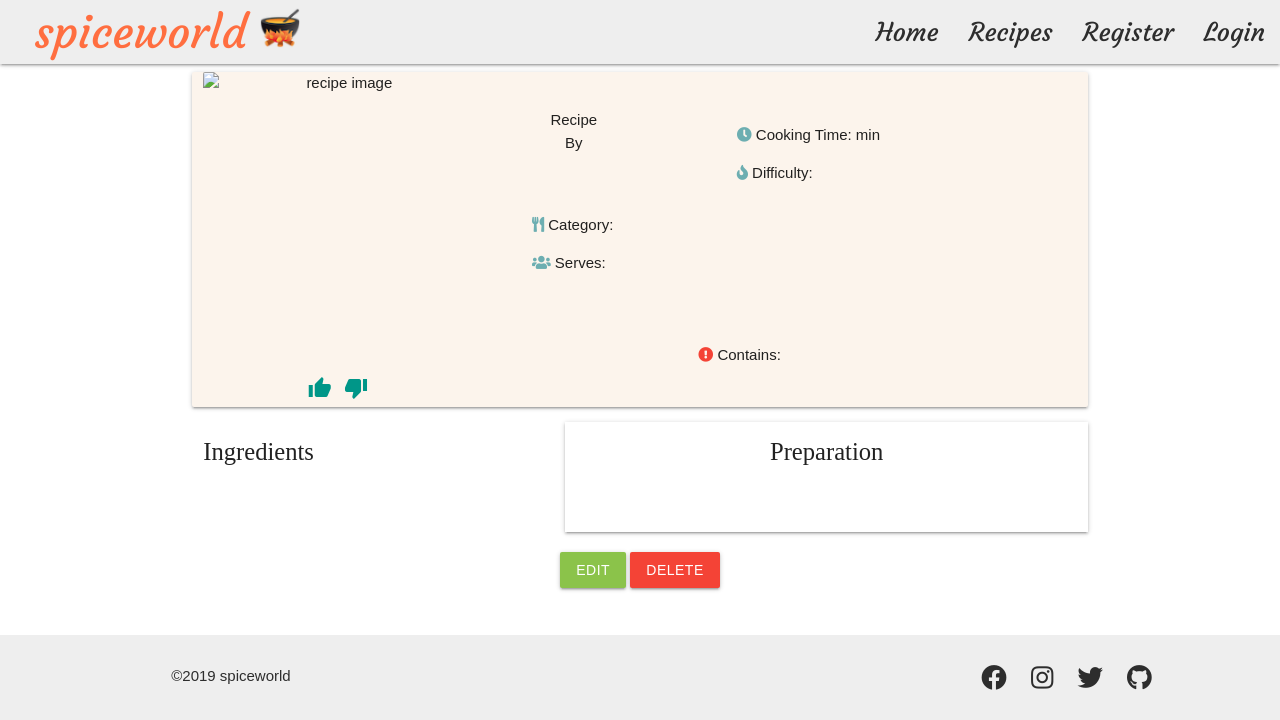
Repository: stephyraju/spiceworld
Page: templates/view.html
The author's editor kept a record of every edit. The page is drawn from the files as they stood at one moment, then again after the next edit.
The browser window is 1280 px wide. The pictures show the whole page.
Some icons come from a web library that is not loaded, so they are not drawn. Some web libraries are served in a nearby version. The page is served by the project's application, run on Flask 3 (app.py). The template is opened directly, without the code that normally fills it, so the values that code supplies are empty.

Above is the page before.

After the next edit:
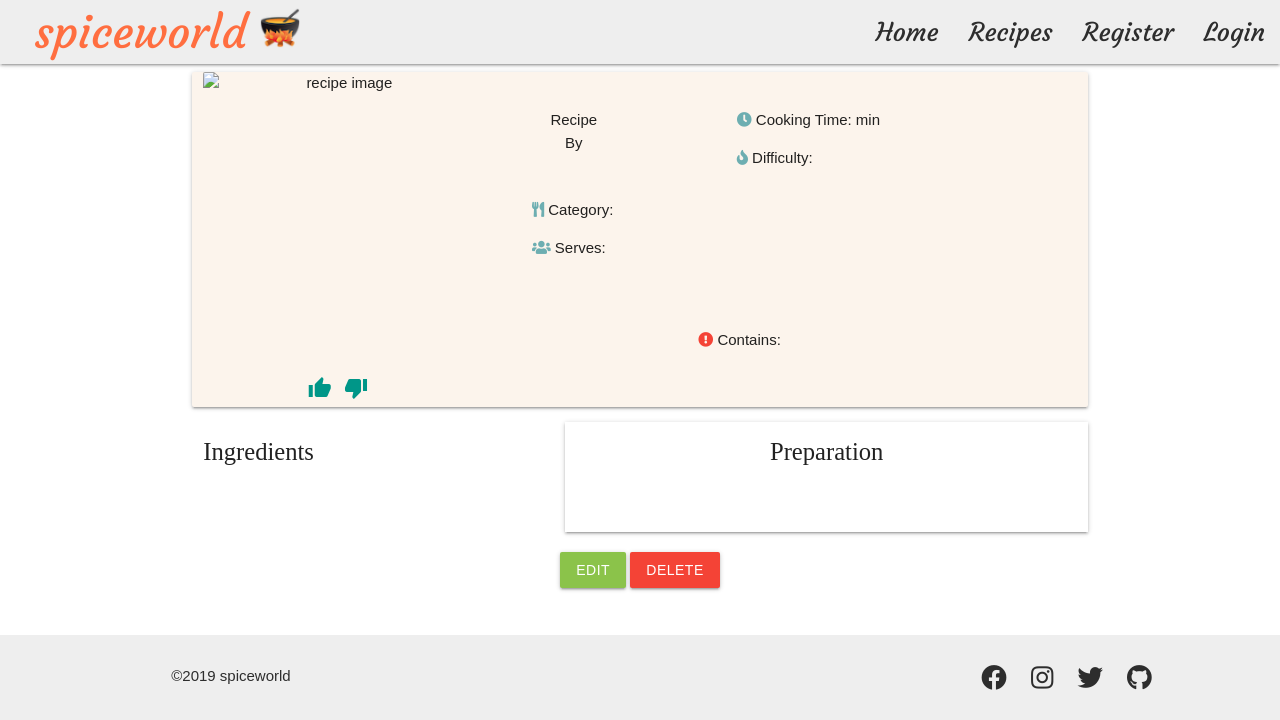
The edit:
--- a/templates/view.html
+++ b/templates/view.html
@@ -23,7 +23,7 @@
                 <div class=" col s3 author">
                     <p>Recipe By <span class="icon-color" style="text-transform:capitalize;">{{recipe.author}}</span></p>
                 </div>
-                <div class=" col s6 author">
+                <div class="author">
                 <p><span class="icon-color">{{recipe.cuisine}}</span></p>
                  </div>
                 <div class="row ">
